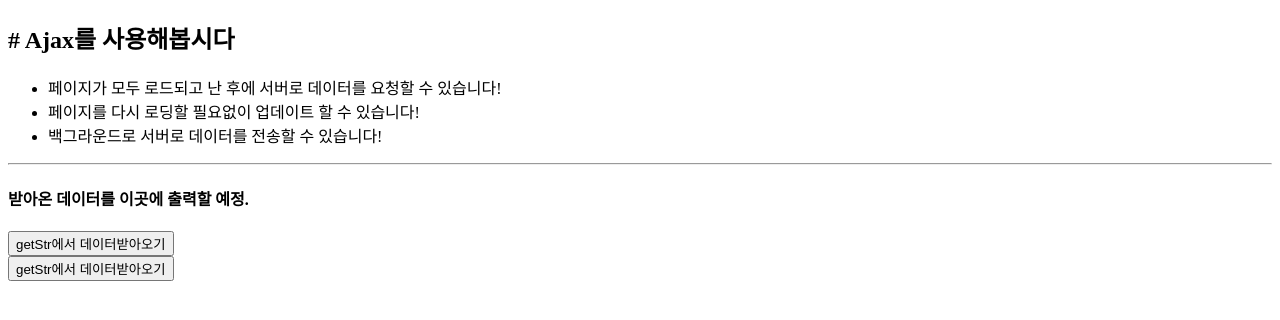
Repository: sirius455/spring-workspace
Page: http://localhost/Spring_REST/WEB-INF/views/ajax/home.jsp
These files come from the project's save history. The page is drawn as it stood at one moment and after the next save; the edit follows.
The browser window is 1280 px wide. The pictures show the whole page.
The page is served by Tomcat 9. Nobody is signed in. Other server files are loaded and not shown. The template is opened directly, without the code that normally fills it, so the values that code supplies are empty.

Above is the page before, as saved 2021-08-05 04:57:06.

### Spring_REST/src/main/webapp/WEB-INF/views/ajax/home.jsp
<%@ page language="java" contentType="text/html; charset=EUC-KR"
    pageEncoding="EUC-KR"%>

<!DOCTYPE html>
<html>
<head>
<meta charset="UTF-8">
<title>Ajax Home</title>
</head>
<body>
	<h2># Ajax를 사용해봅시다</h2>

	<ul>
		<li>페이지가 모두 로드되고 난 후에 서버로 데이터를 요청할 수 있습니다!</li>
		<li>페이지를 다시 로딩할 필요없이 업데이트 할 수 있습니다!</li>
		<li>백그라운드로 서버로 데이터를 전송할 수 있습니다!</li>

	</ul>

<hr>

<div id="test">
	<h4>받아온 데이터를 이곳에 출력할 예정.</h4>
</div>

<button onclick="loadStr()">
	getStr에서 데이터받아오기
</button> <br>

<button onclick="loadFruit()">
	getStr에서 데이터받아오기
</button>

<!-- 서버에서 자원을 사용할 때는 servlet-context의 자원경로를 사용해야 한다 -->
<script src="<%=request.getContextPath() %>/resources/js/ajax_home.js"></script>



</body>
</html>

Loaded but not shown: Spring_REST/src/main/webapp/resources/js/ajax_home.js (no copy from this time; the picture is the same without it)

After the next save:
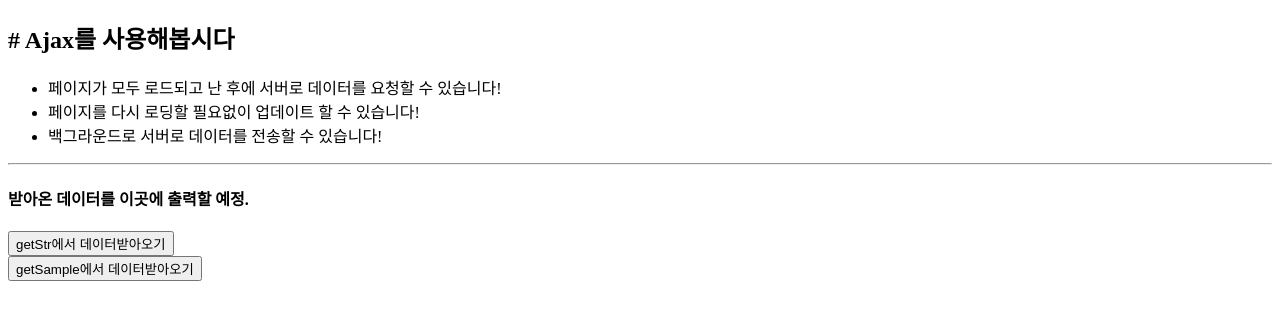
Saved 8 s later.
--- a/Spring_REST/src/main/webapp/WEB-INF/views/ajax/home.jsp
+++ b/Spring_REST/src/main/webapp/WEB-INF/views/ajax/home.jsp
@@ -28,7 +28,7 @@
 </button> <br>
 
 <button onclick="loadFruit()">
-	getStr에서 데이터받아오기
+	getSample에서 데이터받아오기
 </button>
 
 <!-- 서버에서 자원을 사용할 때는 servlet-context의 자원경로를 사용해야 한다 -->
